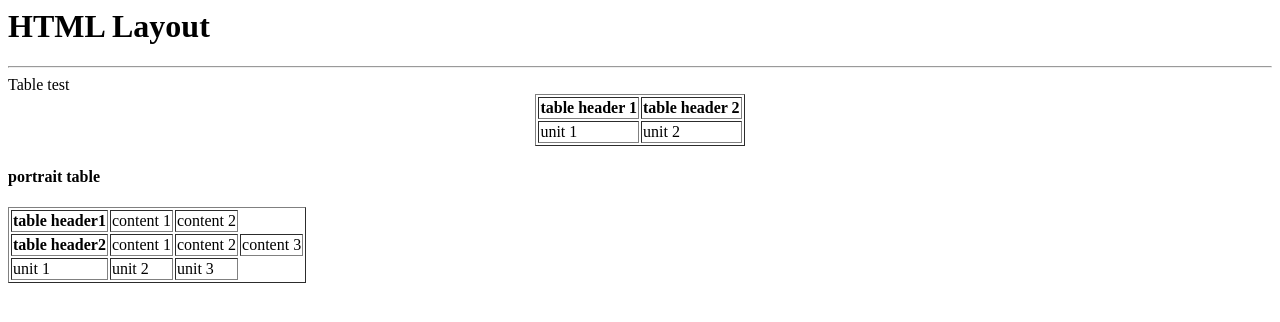
Repository: libelosophy/anjoyo
Page: workspace/QTalk/WebContent/html/table.html
These files come from the project's save history. The page is drawn as it stood at one moment and after the next save; the edit follows.
The browser window is 1280 px wide. The pictures show the whole page.

Above is the page before, as saved 2013-09-09 11:30:00.

After the next save:
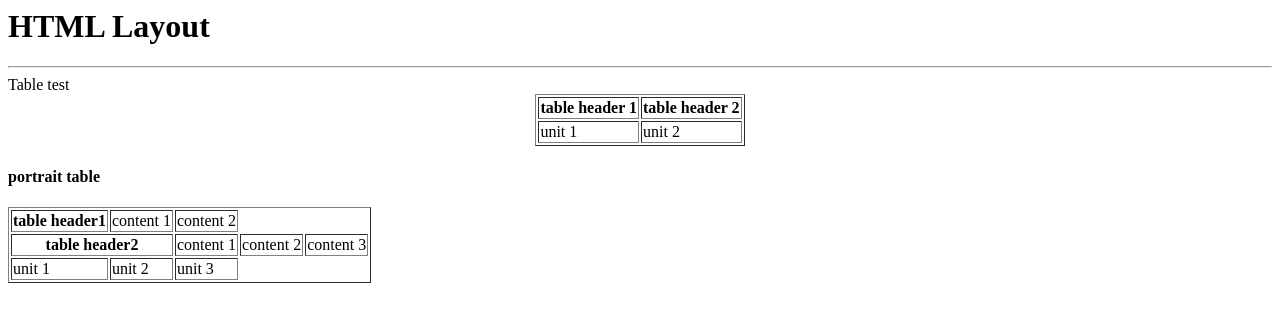
Saved 30 s later.
--- a/workspace/QTalk/WebContent/html/table.html
+++ b/workspace/QTalk/WebContent/html/table.html
@@ -30,7 +30,7 @@
 		</tr>
 
 		<tr>
-			<th> table header2</th>
+			<th colspan="2"> table header2</th>
 			<td> content 1</td>
 			<td> content 2</td>
 			<td> content 3</td>
